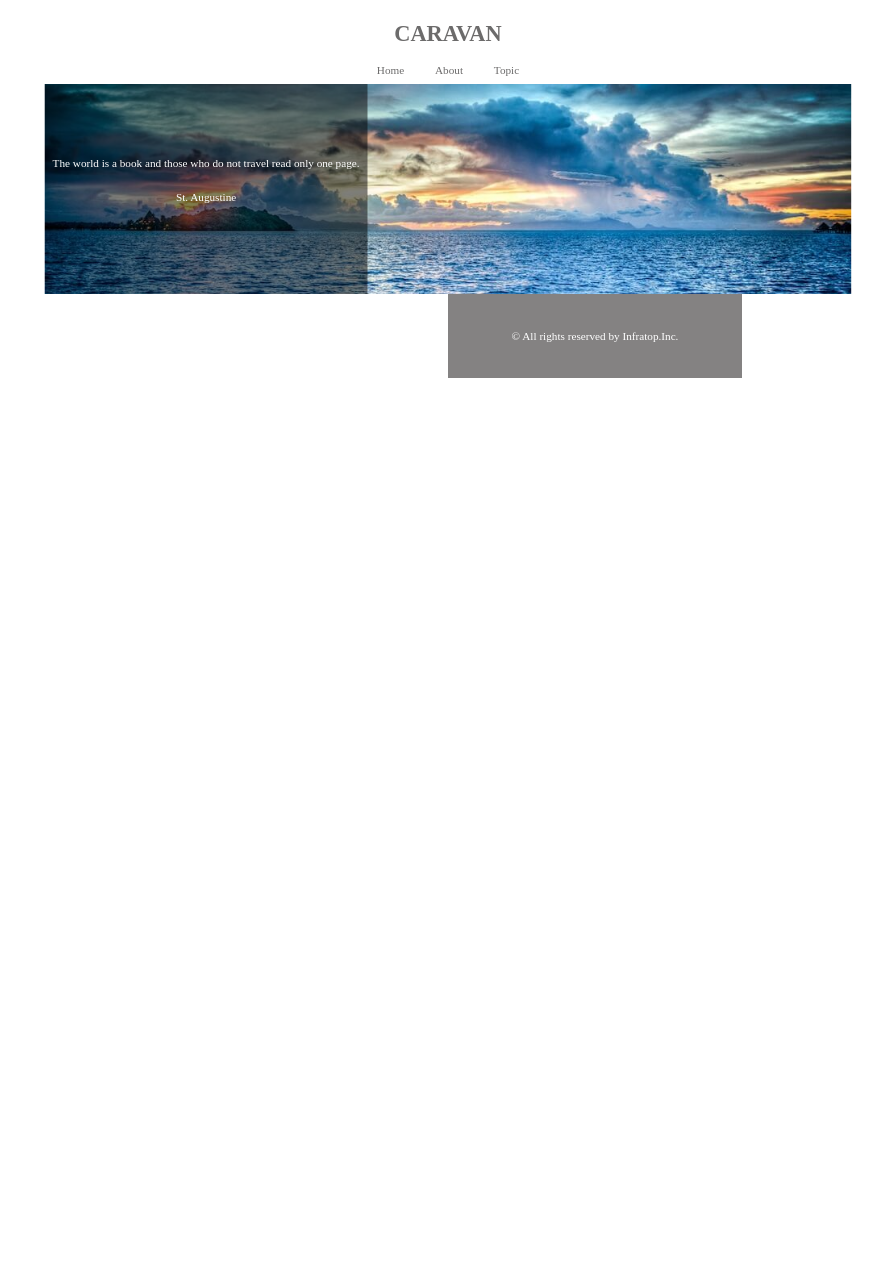
Repository: to3955/ouyoukadai1
Page: caravan/index.html
The author's editor kept a record of every edit. The page is drawn from the files as they stood at one moment, then again after the next edit.
The browser window is 1280 px wide. The pictures show the part of the page from y = 0 to 1920 px (the page is 1820 px tall before and 3340 px after), at 70% of full size.

Above is the page before.

After the next edit:
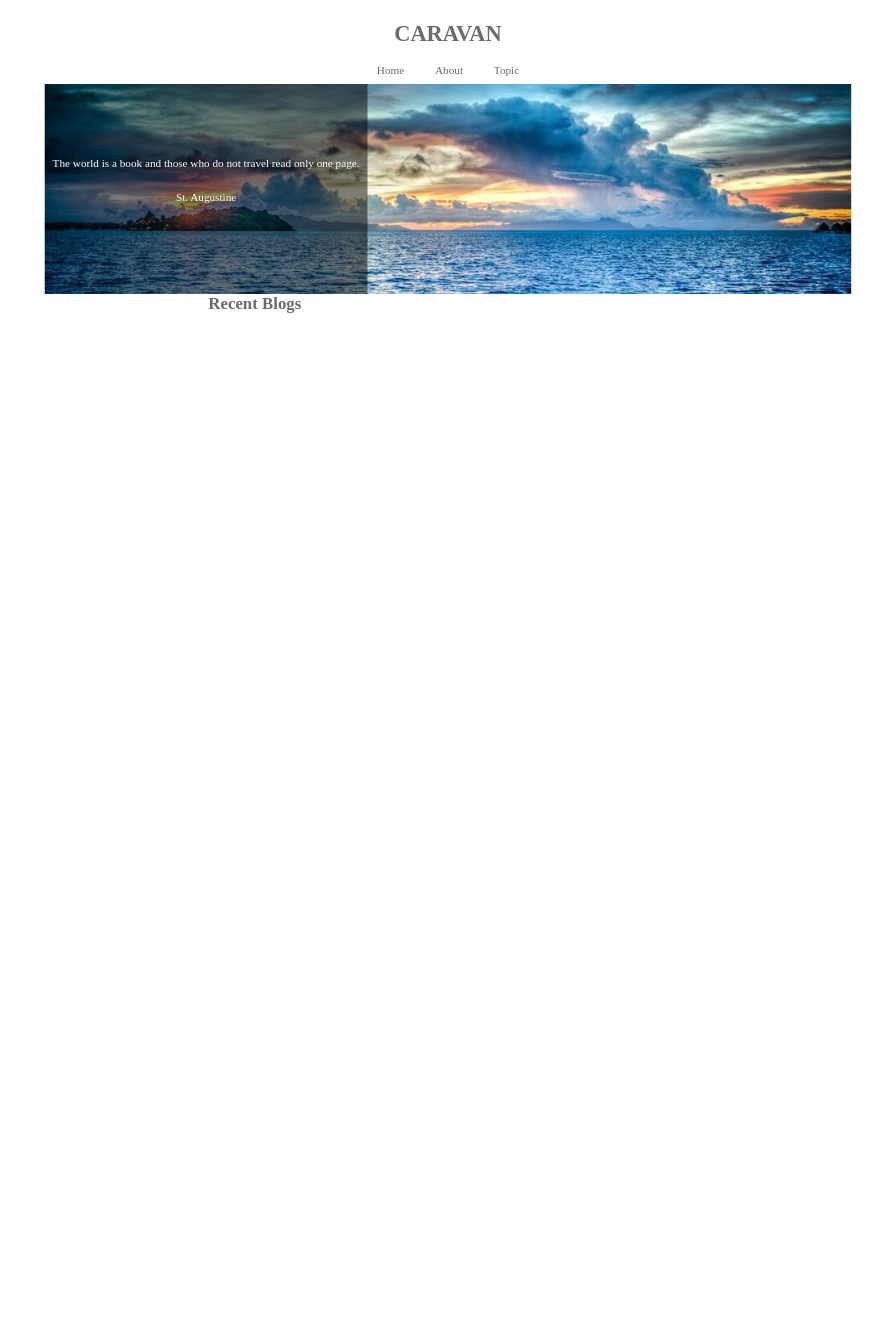
The edit:
--- a/caravan/index.html
+++ b/caravan/index.html
@@ -35,9 +35,16 @@
 
     </div>
 
-    <div class="main">
-      <div class="blog"></div>
+    <main>
+
+
+
+      <section class="blog">
+        <h2 class="blog-heading">Recent Blogs</h2>
+      </section>
       <div class="sidebar"></div>
+    </main>
+
 
       <footer>
 
